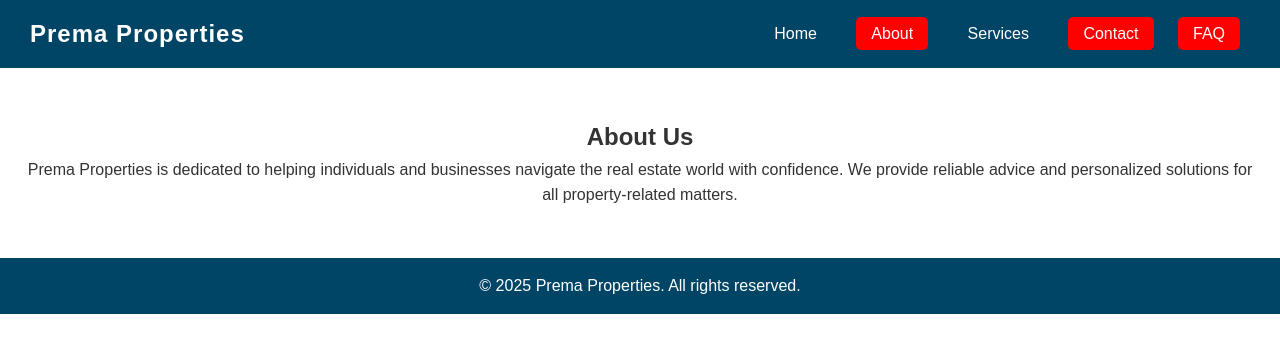
Repository: mnqobiMenzi/Prema-Properties
Page: about-us.html
An editor plug-in stored every save of this project. The page is shown before and after a run of saves, followed by the edit.
The browser window is 1280 px wide. The pictures show the whole page.

Above is the page before, as saved 2025-10-04 08:50:47.

### about-us.html
<!DOCTYPE html>
<html lang="en">
<head>
  <meta charset="UTF-8">
  <meta name="viewport" content="width=device-width, initial-scale=1.0">
  <title>Prema Properties</title>
  <link rel="stylesheet" href="CSS/style.css">
</head>
<body>

  <!-- Header / Navigation -->
  <header>
    <div class="logo">Prema Properties</div>
    <nav>
      <a href="index.html">Home</a>
      <a href="#about" class="active">About</a>
      <a href="services.html">Services</a>

      <a href="contact-us.html" class="active">Contact</a>
      <a href="FAQ.html" class="active">FAQ</a>
    </nav>
  </header>


  <!-- About Section -->
  <section id="about" class="about">
    <h2>About Us</h2>
    <p>Prema Properties is dedicated to helping individuals and businesses navigate the real estate world with confidence. We provide reliable advice and personalized solutions for all property-related matters.</p>
  </section>

  <!-- Footer -->
  <footer>
    <p>© 2025 Prema Properties. All rights reserved.</p>
  </footer>

</body>
</html>

### CSS/style.css
* {
  margin: 0;
  padding: 0;
  box-sizing: border-box;
  font-family: Arial, sans-serif;
}

body {
  line-height: 1.6;
  color: #333;
}

/* Header */
header {
  position: sticky;
  top: 0;
  display: flex;
  justify-content: space-between;
  align-items: center;
  padding: 15px 30px;
  background: #004466;
  color: #fff;
  z-index: 1000;
}
header .logo {
  font-size: 1.5em;
  font-weight: 700;
  font-family: 'Poppins', sans-serif;
  color: #fff;
  letter-spacing: 1px;
  display: flex;
  align-items: center;
}
header nav a {
  margin: 0 10px;
  color: #fff;
  padding: 8px 15px;
  border-radius: 5px;
  text-decoration: none;
  font-weight: 500;
  font-family: 'Poppins', sans-serif;
  transition: color 0.3s ease, border-bottom 0.3s ease;
}

header nav a:hover {
  color: #fff;
  background: rgba(128, 128, 128, 0.3);
  /* border-bottom: 2px solid #ffcc00; */
  padding-bottom: 3px;
}
/* Active link */
header nav a.active {
  /* background: #ffcc00;
  font-weight: bold;
  border-bottom: 2px solid #004466; */
  background: red;
}
/* Hero */
.hero {
  background: url('https://source.unsplash.com/1600x600/?house,property') no-repeat center center/cover;
  color: white;
  text-align: center;
  padding: 100px 20px;
}
.hero h1 {
  font-size: 2.5em;
}
.hero .btn {
  display: inline-block;
  margin-top: 20px;
  padding: 10px 20px;
  background: #ff6600;
  color: white;
  border-radius: 5px;
  text-decoration: none;
}
.hero .btn:hover {
  background: #cc5200;
}

/* Sections */
section {
  padding: 50px 20px;
  text-align: center;
}
.services .service-list {
  display: grid;
  grid-template-columns: repeat(auto-fit, minmax(200px, 1fr));
  gap: 20px;
  margin-top: 20px;
}
.service {
  background: #f4f4f4;
  padding: 20px;
  border-radius: 10px;
}

/* Contact */
.contact form {
  display: flex;
  flex-direction: column;
  max-width: 400px;
  margin: auto;
}
.contact input, .contact textarea {
  margin-bottom: 15px;
  padding: 10px;
  border: 1px solid #ddd;
  border-radius: 5px;
}
.contact button {
  padding: 10px;
  border: none;
  background: #004466;
  color: white;
  cursor: pointer;
  border-radius: 5px;
}
.contact button:hover {
  background: #00334d;
}

/* Footer */
footer {
  background: #004466;
  color: #fff;
  text-align: center;
  padding: 15px;
}

After the next 2 saves:
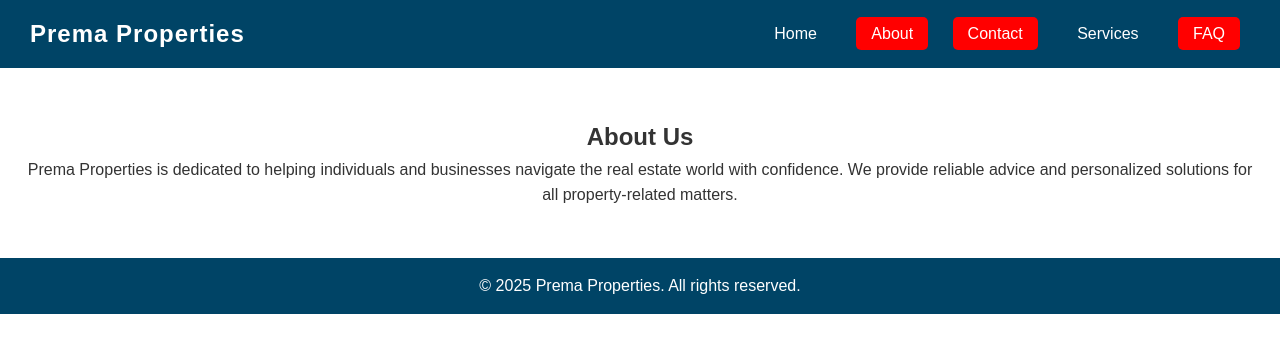
The 2 saves are shown as one change because they came seconds apart.
The last was saved 8 s later.
--- a/about-us.html
+++ b/about-us.html
@@ -14,9 +14,8 @@
     <nav>
       <a href="index.html">Home</a>
       <a href="#about" class="active">About</a>
+      <a href="contact-us.html" class="active">Contact</a>
       <a href="services.html">Services</a>
-
-      <a href="contact-us.html" class="active">Contact</a>
       <a href="FAQ.html" class="active">FAQ</a>
     </nav>
   </header>
